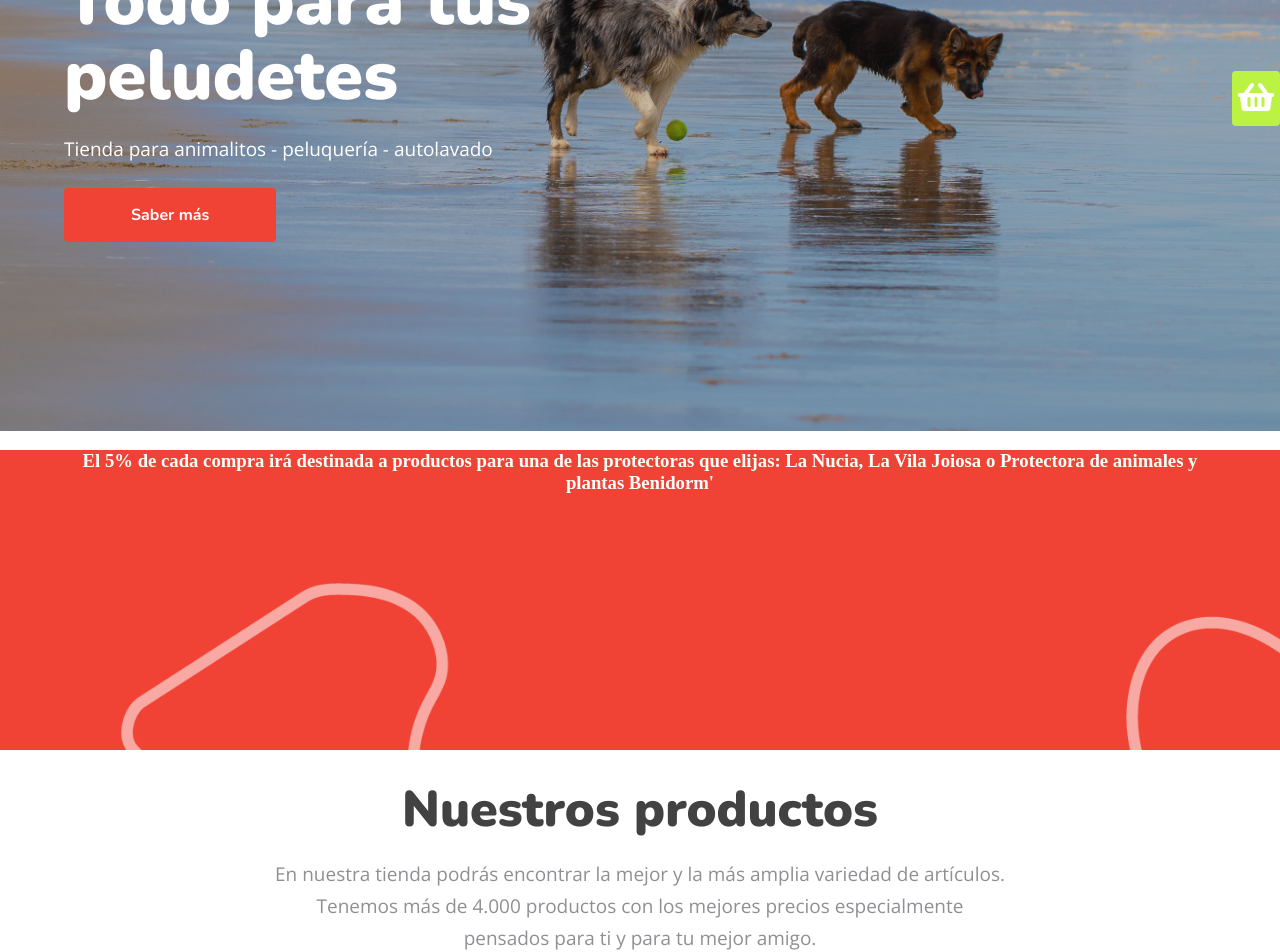
Repository: MarilynCuore/landingVet
Page: index.html
An editor plug-in stored every save of this project. The page is shown before and after the next save, followed by the edit.
The browser window is 1280 px wide. The pictures show the part of the page from y = 289 to 1241 px (the page is 2983 px tall).
Some web libraries are served in a nearby version. The style sheet was rebuilt from its Sass, Less or Tailwind sources for each picture, by a compiler version that may differ from the author's.

Above is the page before, as saved 2020-06-25 14:08:42.

### index.html
<!DOCTYPE html>
<html lang="en">

<head>
    <meta charset="UTF-8">
    <meta name="viewport" content="width=device-width, initial-scale=1.0">
    <title>Document</title>
    <link rel="stylesheet" href="./main.css">
    <link rel="stylesheet" href="https://cdnjs.cloudflare.com/ajax/libs/font-awesome/5.13.0/css/all.min.css">
    <link rel="stylesheet" href="./swiper-master/package/css/swiper.min.css">
    <script src="./swiper-master/package/js/swiper.js"></script>
    <script src="./main.js"></script>
</head>

<body>
    <a href="http://surfinganimals.tienda.today/#pl" class="store"><i class="fas fa-shopping-basket"></i>
    </a>
    <!--Nav-->
    <nav>
        <div class="top-bar">
            <div class="container">
                <ul>
                    <li>
                        <a href="tel:+34656694146">Llámanos 656694146</a>
                    </li>
                    <li>
                        <a href="http://surfinganimals.tienda.today/#login">Mi cuenta</a>
                    </li>
                </ul>
            </div>
        </div>
        <div class="bottom-bar">
            <div class="container">
                <ul>
                    <li>
                        <a href="">
                            <img class="logo" src="./assets/white.png" width="170">
                        </a>
                    </li>
                </ul>
                <ul>
                    <li>
                        <a href="http://surfinganimals.tienda.today/#pl">Tienda</a>
                    </li>
                    <li>
                        <a href="#service">Servicios</a>
                    </li>
                    <li>
                        <a href="#contact">Contacto</a>
                    </li>
                </ul>
            </div>

        </div>

    </nav>
    <a href=""></a>
    <header>
        <div class="container">
            <h1>Todo para tus peludetes</h1>
            <p>Tienda para animalitos - peluquería - autolavado</p>
            <a href="#info">Saber más</a>
        </div>

    </header>
    <section>
        <div class="container">
            <h3>El <span>5%</span> de cada compra irá destinada a productos para una de las protectoras que elijas: La Nucia, La Vila Joiosa o Protectora de animales y plantas Benidorm'</h3>
        </div>
    </section>
    <section id="service">
        <div class="container">
            <div class="title">
                <h2>Nuestros productos</h2>
                <p>En nuestra tienda podrás encontrar la mejor y la más amplia variedad de artículos. <br>Tenemos más de
                    4.000 productos con los mejores precios especialmente <br>pensados para ti y para tu mejor amigo.</p>
            </div>
            <div class="grid">
                <div class="grid__container">
                    <div class="title">
                        <strong><a href="http://surfinganimals.tienda.today/#pl!eyJjIjozMTAxMjU4MiwicyI6IiIsInEiOiIxMiIsIm8iOiJpbWFnZSIsInBtaW4iOjAuMDEsInBtYXgiOjcwMy40Nn0=">Saber más</a></strong>
                        <span>Perros</span>
                    </div>
                </div>
                <div class="grid__container">
                    <div class="title">
                        <strong><a href="http://surfinganimals.tienda.today/#pl!eyJjIjozMTAxMjU4MywicyI6IiIsInEiOiIxMiIsIm8iOiJpbWFnZSIsInBtaW4iOjAuMDEsInBtYXgiOjcwMy40Nn0=">Saber más</a></strong>
                        <span>Gatos</span>
                    </div>
                </div>
                <div class="grid__container">
                    <div class="title">
                        <strong><a href="http://surfinganimals.tienda.today/#pl!eyJjIjozMTAxMjU4NCwicyI6IiIsInEiOiIxMiIsIm8iOiJpbWFnZSIsInBtaW4iOjAuMDEsInBtYXgiOjcwMy40Nn0=">Saber más</a></strong>
                        <span>Otros</span>
                    </div>
                </div>
            </div>
        </div>
    </section>
    <div class="swiper-container" id="info">
        <div class="swiper-wrapper">
            <div class="swiper-slide">
                <h1>Apertura <span>1 de junio</span> 2020</h1>
            </div>
            <div class="swiper-slide">
                <h1>LIBRE DE <span>COVID 19</span> <br> Desinfectamos diariamente con ozono</h1>
            </div>
            <div class="swiper-slide">
                <h1>PROMOCIÓN <span>20%</span> DE DESCUENTO <br> En todos los servicios de peluquería <br>
                    <small>(válido del 1 al 30 de junio del 2020)</small>
                </h1>
            </div>
        </div>
        <!-- If we need pagination -->
        <div class="swiper-pagination"></div>
        <!-- If we need navigation buttons -->
        <div class="swiper-button-prev"></div>
        <div class="swiper-button-next"></div>

    </div>
    <section id="contact">
        <div class="one">
            <div class="content container">
                <h3>Encuéntranos o ponte en contacto</h3>
                <div>
                    <p>Avenida de Xixo, 2  03502 Benidorm (Alicante)</p>
                    <a href="mailto:surfinganimalss@gmail.com">surfinganimalss@gmail.com</a>
                </div>
            </div>

        </div>
        <div class="two">
            <iframe
                src="https://www.google.com/maps/embed?pb=!1m18!1m12!1m3!1d3120.8457343049804!2d-0.1457208846487158!3d38.53732407962783!2m3!1f0!2f0!3f0!3m2!1i1024!2i768!4f13.1!3m3!1m2!1s0xd6204ce21245b81%3A0x5f329e0837acba10!2sAv.%20de%20Xixo%2C%202%2C%2003502%20Benidorm%2C%20Alicante!5e0!3m2!1ses!2ses!4v1590587822683!5m2!1ses!2ses"
                width="100%" height="450" frameborder="0" style="border:0;" allowfullscreen="" aria-hidden="false"
                tabindex="0"></iframe>
        </div>
    </section>
    <footer>
        <div class="container">
            <div>
                <ul>
                    <li>
                        <a href="">
                            <img src="./assets/footer.png" alt="" width="100">
                        </a>

                    </li>
                </ul>
            </div>
            <div>
                <h5>Tienda</h5>
                <ul>
                    <li>
                        <a href="http://surfinganimals.tienda.today/#pl!eyJjIjozMTAxMjU4MiwicyI6IiIsInEiOiIxMiIsIm8iOiJpbWFnZSIsInBtaW4iOjAuMDEsInBtYXgiOjcwMy40Nn0=">Perros</a>
                    </li>
                    <li>
                        <a href="http://surfinganimals.tienda.today/#pl!eyJjIjozMTAxMjU4MywicyI6IiIsInEiOiIxMiIsIm8iOiJpbWFnZSIsInBtaW4iOjAuMDEsInBtYXgiOjcwMy40Nn0=
                        ">Gatos</a>
                    </li>
                    <li>
                        <a href="http://surfinganimals.tienda.today/#pl!eyJjIjozMTAxMjU4NCwicyI6IiIsInEiOiIxMiIsIm8iOiJpbWFnZSIsInBtaW4iOjAuMDEsInBtYXgiOjcwMy40Nn0=">Otros animales</a>
                    </li>
                </ul>
            </div>
            <div>
                <h5>Enlaces</h5>
                <ul>
                    <li>
                        <a href="#contact">Contacto</a>
                    </li>
                    <li>
                        <a href="#service">Servicios</a>
                    </li>
                </ul>
            </div>
            <div>
                <h5>Instagram</h5>
                <div class="grid">
                    <a href=""></a>
                    <a href=""></a>
                    <a href=""></a>
                    <a href=""></a>
                    <a href=""></a>
                    <a href=""></a>
                </div>
            </div>
        </div>
    </footer>
</body>

</html>

### main.scss
@import url("https://fonts.googleapis.com/css2?family=Nunito:ital,wght@0,200;0,300;0,400;0,600;0,700;0,800;0,900;1,200;1,300;1,400;1,600;1,700;1,800;1,900&display=swap");
@import url("https://fonts.googleapis.com/css2?family=Open+Sans:ital,wght@0,300;0,400;0,600;0,700;0,800;1,300;1,400;1,600;1,700;1,800&display=swap");
$color-primary: #f04336;
html {
  scroll-behavior: smooth;
}
:root {
  --swiper-theme-color: #bbf243 !important;
}
.container {
  max-width: 90%;
  margin: 0 auto;
}
.store {
  position: fixed;
  right: 0;
  top: 50%;
  color: white;
  background-color: #bbf243;
  border-color: #ffffff;
  padding: 5px;
  text-decoration: none;
  font-weight: bold;
  font-family: "Nunito", sans-serif;
  border: 1px solid transparent;
  overflow: hidden;
  border-radius: 4px;
  font-size: 2rem;
  z-index: 999999999999;
}
.active {
  z-index: 10000;
  .top-bar {
    display: none;
  }
  background-color: white !important;
  .bottom-bar {
    padding-top: 0 !important;
    border-bottom: none !important;
  }
  ul {
    li {
      a {
        color: #adadad !important;
      }
    }
  }
}

nav {
  &.active {
    padding: 0;
  }
  background: transparent;
  position: fixed;
  left: 0;
  width: 100%;
  z-index: 10;
  border-bottom: solid 0.5px white;
  padding-top: 1rem;
  padding-bottom: 0;
  transition: all 0.3s ease-in-out;
  .top-bar {
    background-color: rgba(white, 0.3);
    position: fixed;
    top: 0;
    width: 100%;
    height: 35px;
    font-size: 13px;
    line-height: 1;
    z-index: 110;
    padding-top: 1rem;
    .container {
      margin-top: 5px;
      ul {
        display: flex;
        align-items: center;
        justify-content: flex-end;
        margin: 0px !important;
        li {
          list-style: none;
          a {
            text-decoration: none;
            color: white;
            font-size: 13px;
            font-weight: normal;
            font-family: "Nunito", sans-serif;
            &:hover {
              color: $color-primary;
            }
          }
          &:nth-of-type(1) {
            padding-right: 1rem;
          }
        }
      }
    }
  }
  .bottom-bar {
    padding-top: 2rem;
    .container {
      display: flex;
      align-items: center;
      justify-content: space-between;
      ul {
        width: 100%;
        margin: 0;
        padding-left: 0px;
        &:nth-of-type(2) {
          display: flex;
          align-self: center;
          justify-content: flex-end;
          li {
            padding-right: 3rem;
            &:last-child {
              padding-right: 0px !important;
            }
          }
        }
        li {
          list-style: none;
          a {
            text-decoration: none;
            color: white;
            font-size: 18px;
            font-weight: bold;
            font-family: "Nunito", sans-serif;
            img {
              padding-top: 0.5rem;
            }
            &:hover {
              color: $color-primary;
            }
          }
        }
      }
    }
  }
}
header {
  background-image: url("./assets/bg-vet.jpg");
  background-size: cover;
  background-position: bottom;
  background-repeat: no-repeat;
  height: 100vh;
  width: 100vw;
  position: relative;
  .container {
    padding-top: 2em;
    height: 100%;
    display: flex;
    flex-direction: column;
    align-items: flex-start;
    justify-content: center;

    h1 {
      z-index: 9;
      visibility: visible;
      text-align: left;
      line-height: 75px;
      letter-spacing: 0px;
      font-weight: 900;
      font-size: 70px;
      border-color: rgb(143, 144, 147);
      border-style: none;
      margin: 0px;
      padding: 0px;
      color: white;
      white-space: normal;
      width: 645px;
      height: auto;
      font-family: "Nunito", sans-serif;
    }
    p {
      z-index: 10;
      font-family: "Open Sans";
      visibility: visible;
      text-align: left;
      line-height: 30px;
      letter-spacing: 0px;
      font-weight: 400;
      font-size: 19px;
      border-color: rgb(143, 144, 147);
      border-style: none;
      margin: 0px;
      padding: 0px;
      color: white;
      white-space: normal;
      width: 639px;
      height: auto;
      padding-top: 1.2rem;
      padding-bottom: 1.5rem;
      font-family: "Open Sans", sans-serif;
    }
    a {
      color: white;
      background-color: $color-primary;
      border-color: #ffffff;
      padding: 15px 66px;
      text-decoration: none;
      font-weight: bold;
      font-family: "Nunito", sans-serif;
      border: 1px solid transparent;
      overflow: hidden;
      border-radius: 4px;
    }
  }
}
.swiper-container {
  .swiper-slide {
    font-family: "Nunito", sans-serif;
    display: flex;
    justify-content: center;
    align-items: center;
    color: white;
    height: 400px;
    background-size: cover;
    background-position: center;
    background-color: rgba(#3e3e3e, 0.2);
    background-blend-mode: lighten;
    h1 {
      font-size: 40px;
      width: 80%;
      text-align: center;
      span {
        transform: translateY(-6px);
        display: inline-block;
        z-index: 1;
        background: $color-primary;
        padding: 5px 15px;
        color: white;
        font-size: 22px;
        clip-path: polygon(0 0, 100% 0, 90% 100%, 10% 100%);
        font-family: "Nunito", sans-serif;
        font-size: 1.3rem;
        font-weight: bold;
        transition: all 0.5s ease;
      }
      small {
        font-size: 16px;
      }
    }
    &:nth-child(1) {
      background-image: url("https://images.unsplash.com/photo-1554149944-5ca79e771636?ixlib=rb-1.2.1&ixid=eyJhcHBfaWQiOjEyMDd9&auto=format&fit=crop&w=1950&q=80");
    }
    &:nth-child(2) {
      background-image: url("https://images.unsplash.com/photo-1587131593450-168211a8c312?ixlib=rb-1.2.1&ixid=eyJhcHBfaWQiOjEyMDd9&auto=format&fit=crop&w=2000&q=80");
    }
    &:nth-child(3) {
      background-image: url("https://images.unsplash.com/photo-1516734212186-a967f81ad0d7?ixlib=rb-1.2.1&ixid=eyJhcHBfaWQiOjEyMDd9&auto=format&fit=crop&w=1951&q=80");
    }
  }
}
section {
  &:nth-of-type(1){
    width: 100%;
    height: 300px;
    background-image: url('./assets/background-red.png');
    background-size: cover;
    background-position: center;
    background-repeat: no-repeat;
    .container{
      h3{
        color:white;
        text-align: center;
      }
    }
  }
  &:nth-of-type(2) {
    padding-bottom: 3.5rem;
    .container {
      .title {
        h2 {
          font-size: 50px;
          line-height: 1.1em;
          text-align: center;
          color: #424242;
          font-weight: bold;
          margin: 0;
          padding: 0;
          padding-top: 2rem;
          padding-bottom: 1.3rem;
          font-family: "Nunito", sans-serif;
          font-weight: 900;
        }
        p {
          color: #8f9093;
          font-size: 19px;
          line-height: 32px;
          text-align: center;
          margin: 0;
          padding: 0;
          font-family: "Open Sans", sans-serif;
        }
      }
      .grid {
        padding-top: 2rem;
        height: 500px;
        position: relative;
        max-width: 100%;
        margin: 0 auto;
        display: flex;
        &__container {
          background-size: cover;
          background-position: center;
          background-repeat: no-repeat;
          padding: 20px;
          display: grid;
          place-items: center;
          text-align: center;
          color: white;
          transition: 0.3s;
          border-radius: 6px;
          display: flex;
          align-items: flex-end;
          flex: 1 1 auto;
          transition: 0.5s;
          &:hover {
            flex: 2 1 auto;
          }
          .title {
            margin-bottom: 2em;
            display: flex;
            justify-content: center;
            width: 100%;
            position: relative;
            cursor: pointer;
            &:hover {
              strong {
                top: -35px;
                opacity: 1;
                color: black;
                border-radius: 0;
                transform: scale(1);
              }
            }
            strong {
              transition: all 0.5s ease;
              overflow: hidden;
              opacity: 1;
              display: block;
              position: absolute;
              top: 5px;
              z-index: 0;
              transform: scale(0);
              padding: 5px 10px;
              background: white;
              color: white;
              font-family: "Nunito", sans-serif;
              a {
                color: $color-primary;
                text-decoration: none;
                cursor: pointer;
              }
              &:hover {
                & + span {
                  background-color: $color-primary;
                  color: white;
                }
              }
            }
            span {
              z-index: 1;
              background: white;
              padding: 5px 15px;
              color: $color-primary;
              font-size: 18px;
              clip-path: polygon(0 0, 100% 0, 90% 100%, 10% 100%);
              font-family: "Nunito", sans-serif;
              font-size: 1.3rem;
              font-weight: bold;
              transition: all 0.5s ease;
              &:hover {
                background: $color-primary;
                color: white;
              }
            }
          }
          &:nth-child(1) {
            margin-right: 10px;
            background-image: url("https://images.unsplash.com/photo-1504826260979-242151ee45b7?ixlib=rb-1.2.1&ixid=eyJhcHBfaWQiOjEyMDd9&auto=format&fit=crop&w=934&q=80");
            background-position: bottom;
          }
          &:nth-child(2) {
            margin-right: 10px;
            background-image: url("https://images.unsplash.com/photo-1574231164645-d6f0e8553590?ixlib=rb-1.2.1&ixid=eyJhcHBfaWQiOjEyMDd9&auto=format&fit=crop&w=1035&q=80");
          }
          &:nth-child(3) {
            margin-right: 10px;
            background-image: url("https://images.unsplash.com/photo-1529040274442-815019b0e4fc?ixlib=rb-1.2.1&auto=format&fit=crop&w=933&q=80");
          }
        }
      }
    }
  }
  &:nth-of-type(3) {
    display: flex;
    width: 100%;
    justify-content: space-between;
    width: 100%;
    .one {
      width: 50%;
      background-color: #ededed;
      .content {
        display: flex;
        flex-direction: column;
        align-items: center;
        justify-content: center;
        height: 100%;
        h3 {
          color: #424242;
          font-family: "Nunito", sans-serif;
          font-weight: 900;
          text-align: center;
          word-wrap: break-word;
          font-size: 40px;
          margin: 0;
          padding: 0;
        }
        div {
          display: flex;
          flex-direction: column;
          justify-content: center;
          align-items: center;
          p {
            font-size: 15px;
            font-weight: 400;
            line-height: 25px;
            color: #8f9093;
            font-family: "Open Sans";
            text-align: center;
          }
          a {
            font-size: 15px;
            font-weight: bold;
            line-height: 25px;
            color: $color-primary;
            font-family: "Open Sans";
            text-decoration: none;
          }
        }
      }
    }
    .two {
      width: 50%;
      iframe {
        display: block;
      }
    }
  }
}
footer {
  .container {
    display: flex;
    justify-content: space-between;
    align-items: flex-start;
    padding-top: 3rem;
    padding-bottom: 2rem;
    div {
      width: 33%;
      h5 {
        color: #4a4a4a;
        font-weight: 900;
        font-family: "Nunito", sans-serif;
        font-size: 24px;
        margin: 0;
      }
      ul {
        padding: 0px;
        li {
          list-style: none;
          p {
            color: #8f9093;
            text-align: left;
            font-family: "Open Sans";
            font-size: 15px;
            font-weight: 400;
            line-height: 25px;
            margin: 34px 0px 0px;
          }
          a {
            color: #8f9093;
            text-decoration: none;
            font-size: 15px;
            font-weight: 400;
            line-height: 25px;
            font-family: "Open Sans";
            &:hover {
              color: $color-primary;
            }
          }
        }
      }
      .grid {
        display: flex;
        align-items: center;
        justify-content: flex-start;
        flex-wrap: wrap;
        width: 100%;
        padding-top: 1rem;
        a {
          width: calc(33% - 2px);
          height: 85px;
          margin: 1px;
          background-size: cover;
          background-position: center;
          background-repeat: no-repeat;
          &:hover {
            transition: all 0.1s ease;
            transform: scale(0.9) rotate(10deg);
          }
          &:nth-of-type(1) {
            background-image: url("https://images.unsplash.com/photo-1494256997604-768d1f608cac?ixlib=rb-1.2.1&ixid=eyJhcHBfaWQiOjEyMDd9&auto=format&fit=crop&w=2001&q=80");
          }
          &:nth-of-type(2) {
            background-image: url("https://images.unsplash.com/photo-1507146426996-ef05306b995a?ixlib=rb-1.2.1&ixid=eyJhcHBfaWQiOjEyMDd9&auto=format&fit=crop&w=1950&q=80");
          }
          &:nth-of-type(3) {
            background-image: url("https://images.unsplash.com/photo-1536612125961-dca53f20363d?ixlib=rb-1.2.1&auto=format&fit=crop&w=1950&q=80");
          }
          &:nth-of-type(4) {
            background-image: url("https://images.unsplash.com/photo-1586326709898-0a344840a314?ixlib=rb-1.2.1&auto=format&fit=crop&w=1950&q=80");
          }
          &:nth-of-type(5) {
            background-image: url("https://images.unsplash.com/photo-1518794183325-56eed2af11fa?ixlib=rb-1.2.1&ixid=eyJhcHBfaWQiOjEyMDd9&auto=format&fit=crop&w=1867&q=80");
          }
          &:nth-of-type(6) {
            background-image: url("https://images.unsplash.com/photo-1425082661705-1834bfd09dca?ixlib=rb-1.2.1&ixid=eyJhcHBfaWQiOjEyMDd9&auto=format&fit=crop&w=1955&q=80");
          }
        }
      }
    }
  }
}
body {
  margin: 0;
  padding: 0;
}
@media only screen and (max-width: 646px) {
  header {
    .container {
      align-items: center !important;
      h1 {
        text-align: center !important;
      }
      p {
        text-align: center !important;
      }
    }
  }
  section {
    &:nth-of-type(1) {
      .container {
        .grid {
          flex-direction: column;
          &__container {
            &:nth-of-type(1) {
              margin-bottom: 10px;
              padding-left: 0px !important;
            }
            &:nth-of-type(2) {
              margin-bottom: 10px;
              padding-left: 0px !important;
            }
          }
        }
      }
    }
    &:nth-of-type(2) {
      flex-direction: column;
      .one {
        width: 100% !important;
        padding-top: 1rem;
        padding-bottom: 1rem;
      }
      .two {
        width: 100% !important;
      }
    }
  }
  footer {
    .container {
      flex-direction: column;
      div {
        width: 100% !important;
        ul {
          display: flex;
          flex-direction: column;
          align-items: center;
          justify-content: center;
        }
        h5 {
          text-align: center;
        }
      }
    }
  }
}

Loaded but not shown: swiper-master/package/css/swiper.min.css (library); swiper-master/package/js/swiper.js (library); main.js (32 lines, source omitted)

After the next save:
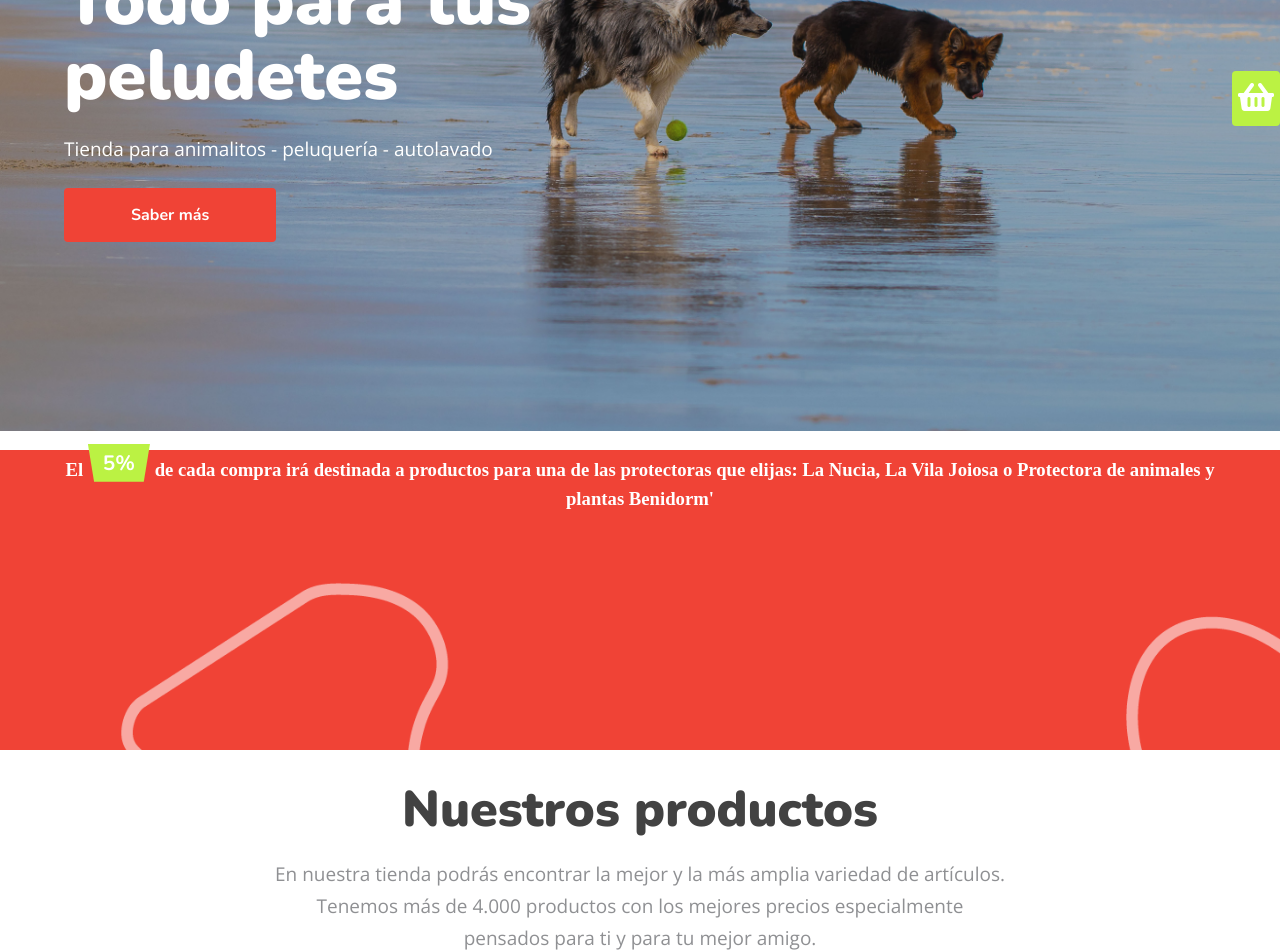
Saved 72 s later.
--- a/main.scss
+++ b/main.scss
@@ -264,6 +264,20 @@ section {
         color:white;
         text-align: center;
       }
+      span{
+        transform: translateY(-6px);
+        display: inline-block;
+        z-index: 1;
+        background: #bbf243;
+        padding: 5px 15px;
+        color: white;
+        font-size: 22px;
+        clip-path: polygon(0 0, 100% 0, 90% 100%, 10% 100%);
+        font-family: "Nunito", sans-serif;
+        font-size: 1.3rem;
+        font-weight: bold;
+        transition: all 0.5s ease;
+      }
     }
   }
   &:nth-of-type(2) {
